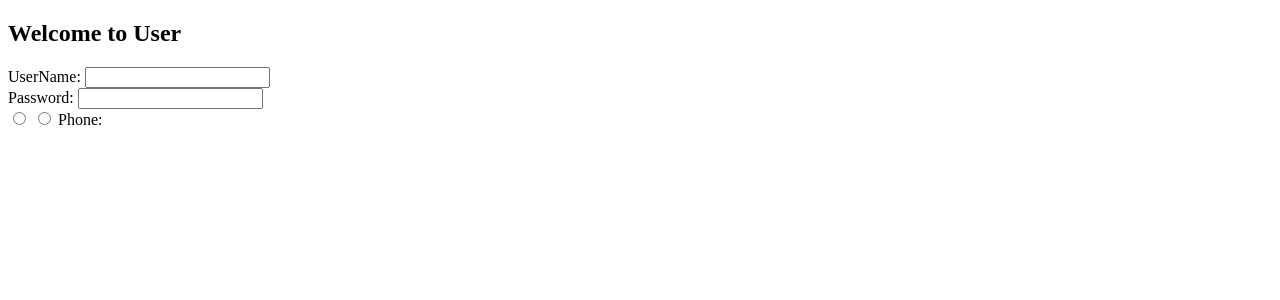
Repository: nikant20/Training
Page: javaee-mvc-orm-demo/WebContent/index.html
These files come from the project's save history. The page is drawn as it stood at one moment and after the next save; the edit follows.
The browser window is 1280 px wide. The pictures show the whole page.

Above is the page before, as saved 2018-09-21 05:37:32.

### javaee-mvc-orm-demo/WebContent/index.html
<!DOCTYPE html>
<html>
<head>
<meta charset="ISO-8859-1">
<title>Insert title here</title>
</head>
<body>

	<form action="StoreServlet"></form>
	<h2>Welcome to User</h2>
	<label>UserName: </label><input type="text"><br>
	<label>Password: </label><input type="text"><br>
	<input type="radio" value="Male" name="button">
	<input type="radio" value="Female" name="button">
	<label>Phone: </label>
</body>
</html>

After the next save:
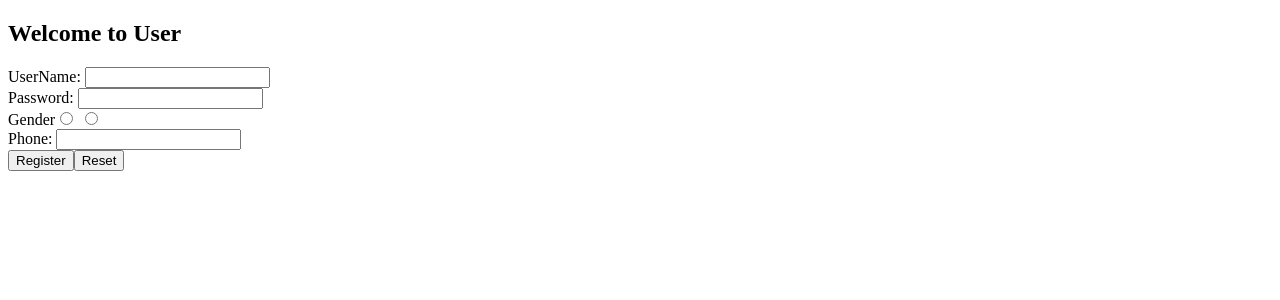
Saved 3 min 15 s later.
--- a/javaee-mvc-orm-demo/WebContent/index.html
+++ b/javaee-mvc-orm-demo/WebContent/index.html
@@ -6,12 +6,14 @@
 </head>
 <body>
 
-	<form action="StoreServlet"></form>
+	<form action="StoreServlet">
 	<h2>Welcome to User</h2>
-	<label>UserName: </label><input type="text"><br>
-	<label>Password: </label><input type="text"><br>
-	<input type="radio" value="Male" name="button">
-	<input type="radio" value="Female" name="button">
-	<label>Phone: </label>
+	<label>UserName: </label><input type="text" name="userName"><br>
+	<label>Password: </label><input type="password" name="password"><br>
+	<label>Gender</label><input type="radio" value="Male" name="gender">
+	<input type="radio" value="Female" name="gender"><br>
+	<label>Phone: </label> <input type="text" name="phoneNumber"><br>
+	<input type="submit" value="Register"><input type="reset" value="Reset">
+	</form>
 </body>
 </html>
